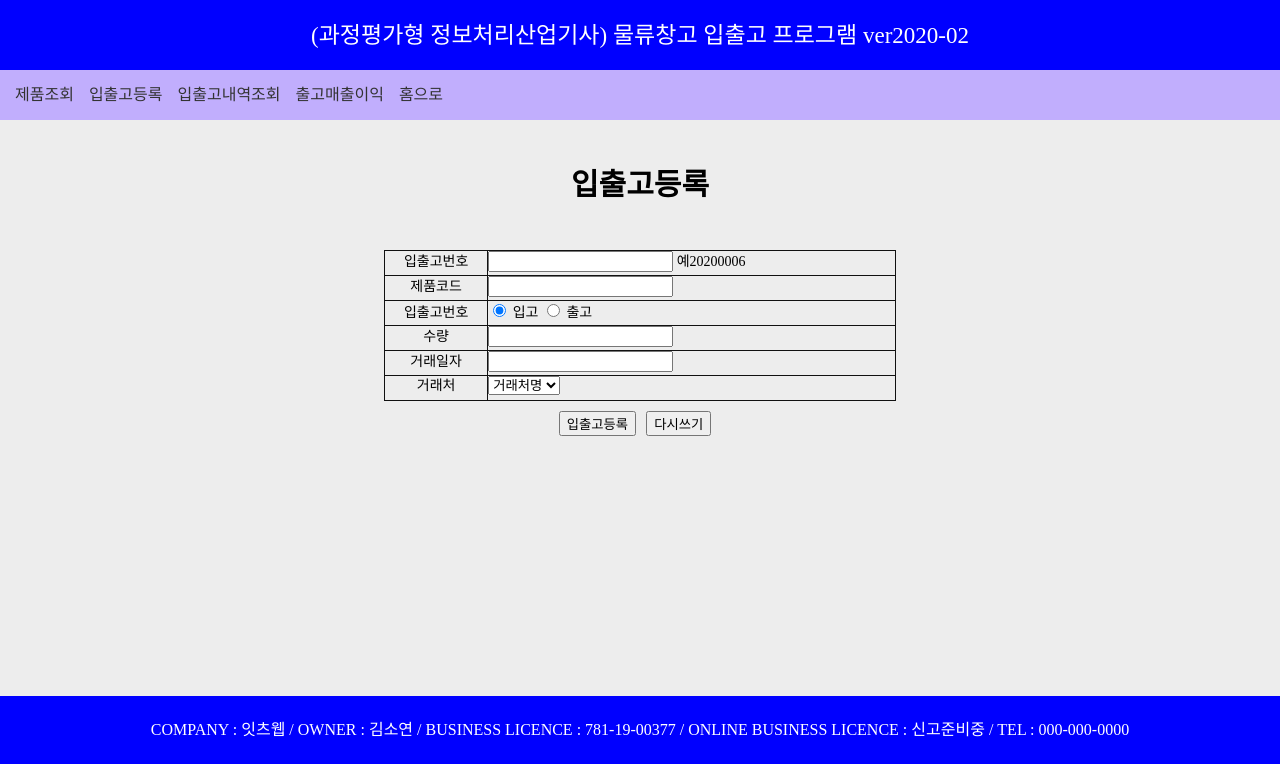
Repository: myeongwoo95/Engineer-Information-Processing
Page: http://localhost/Vaccination/insert.do
An editor plug-in stored every save of this project. The page is shown before and after the next save, followed by the edit.
The browser window is 1280 px wide. The pictures show the whole page.
The page is served by Tomcat 9. Other server files are loaded and not shown.

Above is the page before, as saved 2021-06-30 02:13:38.

### Vaccination/src/main/webapp/insert.jsp
<%@ page language="java" contentType="text/html; charset=UTF-8"
    pageEncoding="UTF-8"%>

<!DOCTYPE html>
<html>
<head>
	<meta charset="UTF-8">
    <meta http-equiv="X-UA-Compatible" content="IE=edge">
    <meta name="viewport" content="width=device-width, initial-scale=1.0">

    <link rel="stylesheet" href="css/reset.css">
	<link rel="stylesheet" href="css/common.css">
	<link rel="stylesheet" href="css/main.css">

	<title>입출고등록</title>
</head>
<body>
	<header class="index-header">
		<h1>(과정평가형 정보처리산업기사) 물류창고 입출고 프로그램 ver2020-02</h1>
		<ul class="index-ul">
			<li><a href="view.do">제품조회</a></li>
			<li><a href="insert.do">입출고등록</a></li>
			<li><a href="inputoutputlist.do">입출고내역조회</a></li>
			<li><a href="saleslist.do">출고매출이익</a></li>
			<li><a href="index.do">홈으로</a></li>
		</ul>
	</header>

	<section class="main-section insert-section">
		<h1>입출고등록</h1>
		<form name="myForm">
			<table>
				<tr>
					<th>입출고번호</th>
					<td>
						<input type="text" name="t_no" value="${maxTno }" readonly style="outline:0;">
						<span>예20200006</span>
					</td>
				</tr>

				<tr>
					<th>제품코드</th>
					<td><input type="text" name="p_code"></td>
				</tr>

				<tr>
					<th>입출고번호</th>
					<td>
						<label>
							<input type="radio" name="t_type" value="I" checked="checked">
							입고
						</label>

						<label>
							<input type="radio" name="t_type" value="O">
							출고
						</label>
					</td>
				</tr>

				<tr>
					<th>수량</th>
					<td><input type="number" name="t_cnt"></td>
				</tr>

				<tr>
					<th>거래일자</th>
					<td><input type="text" name="t_date"></td>
				</tr>

				<tr>
					<th>거래처</th>
					<td>
						<select name="c_code" class="c_code">
							<option value="">거래처명</option>
							<c:forEach var="list" items="${list }">
							<option value="${list.c_code}">${list.c_name}</option>
							</c:forEach>
						</select>
					</td>
				</tr>

			</table>

			<div class="btnlist">
				<input type="button" onclick="check()" value="입출고등록">
				<input type="button" onclick="remove()" value="다시쓰기">

			</div>

		</form>

	</section>

	<footer class="index-footer">
		COMPANY : 잇츠웹 / OWNER : 김소연 / BUSINESS LICENCE : 781-19-00377 / ONLINE BUSINESS LICENCE : 신고준비중 / TEL : 000-000-0000
	</footer>

	<script>
		function check(){

			if(myForm.t_no.value==""){
				alert("입출고번호 정보가 입력되지 않았습니다.")
				myForm.t_no.focus()
				return;
			}

			if(myForm.p_code.value==""){
				alert("제품코드 정보가 입력되지 않았습니다.")
				myForm.p_code.focus()
				return;
			}

			if(myForm.t_cnt.value==""){
				alert("수량 정보가 입력되지 않았습니다.")
				myForm.t_cnt.focus()
				return;
			}

			if(myForm.t_date.value==""){
				alert("거래일자 정보가 입력되지 않았습니다.")
				myForm.t_date.focus()
				return;
			}

			if(myForm.c_code.value==""){
				alert("거래처 정보가 입력되지 않았습니다.")
				myForm.c_code.focus()
				return;
			}

			var t_no = $("input[name='t_no']").val();
			var p_code = $("input[name='p_code']").val();
			var t_type = $("input:radio[name='t_type']:checked").val() ;
			var t_cnt = $("input[name='t_cnt']").val();
			var t_date = $("input[name='t_date']").val();
			var c_code = $("select[name='c_code']").val();

			 $.ajax({
				type:"post",
				url:"insertpro.do",
				data:{
					t_no:t_no,
					p_code:p_code,
					t_type:t_type,
					t_cnt:t_cnt,
					t_date:t_date,
					c_code:c_code
				},
				success:function(data){

					if(data=="success"){
						alert("입출고등록이 정상적으로 등록되었습니다.")
						location.href="index.do";
					}else{
						alert("입출고등록이 실패하였습니다.")
					}
				},
				error:function(xhr, status, error){
					alert(error);
				}
			});

		}

		function remove(){
			alert("정보를 지우고 처음부터 다시 입력합니다.")
			myForm.p_code.value=""
			myForm.t_cnt.value=""
			myForm.t_date.value=""
			$(".c_code").val("").prop("selected", true);
		}


	</script>
</body>
</html>

### Vaccination/src/main/java/Controller/Controller.java
package Controller;

import java.io.IOException;

import javax.servlet.RequestDispatcher;
import javax.servlet.ServletException;
import javax.servlet.annotation.WebServlet;
import javax.servlet.http.HttpServlet;
import javax.servlet.http.HttpServletRequest;
import javax.servlet.http.HttpServletResponse;

@WebServlet("*.do")
public class Controller extends HttpServlet {
	private static final long serialVersionUID = 1L;
    public Controller() {
        super();
    }

	protected void doGet(HttpServletRequest request, HttpServletResponse response) throws ServletException, IOException {
		executeDO(request, response);
	}

	protected void doPost(HttpServletRequest request, HttpServletResponse response) throws ServletException, IOException {
		executeDO(request, response);
	}

	protected void executeDO(HttpServletRequest request, HttpServletResponse response) throws ServletException, IOException {
		String url = request.getRequestURI();
		String conText = request.getContextPath();
		String doExe = url.substring(conText.length());

		String viewPage = null;

		switch(doExe) {
		case "/index.do":
			viewPage = "index.jsp";
			break;

		case "/view.do":
			viewPage = "view.jsp";
			break;

		case "/insert.do":
			viewPage = "insert.jsp";
			break;

		}


		if(viewPage != null) {
			RequestDispatcher rd = request.getRequestDispatcher(viewPage);
			rd.forward(request, response);
		}

	}

}

### Vaccination/src/main/webapp/css/reset.css
@charset "UTF-8";

/* http://meyerweb.com/eric/tools/css/reset/
   v2.0 | 20110126
   License: none (public domain)
*/

html, body, div, span, applet, object, iframe,
h1, h2, h3, h4, h5, h6, p, blockquote, pre,
a, abbr, acronym, address, big, cite, code,
del, dfn, em, img, ins, kbd, q, s, samp,
small, strike, tt, var,
b, u, i, center,
dl, dt, dd, ol, ul, li,
fieldset, form, label, legend,
table, caption, tbody, tfoot, thead, tr, th, td,
article, aside, canvas, details, embed,
figure, figcaption, footer, header, hgroup,
menu, nav, output, ruby, section, summary,
time, mark, audio, video {
    margin: 0;
    padding: 0;
    border: 0;
    font-size: 100%;
    font: inherit;
    vertical-align: baseline;
}

/* HTML5 display-role reset for older browsers */
article, aside, details, figcaption, figure,
footer, header, hgroup, menu, nav, section {
    display: block;
}
body {
    line-height: 1;
}
ol, ul {
    list-style: none;
}
blockquote, q {
    quotes: none;
}
blockquote:before, blockquote:after,
q:before, q:after {
    content: '';
    content: none;
}
table {
    border-collapse: collapse;
    border-spacing: 0;
}

### Vaccination/src/main/webapp/css/main.css
@charset "UTF-8";

body{
	font-size: 14px;
	font-weight: 400;
}

/*================================================================
# index
=================================================================*/
/* index header */
.index-header h1{
	background: blue;
	height: 70px;
	font-size: 23px;
	display: flex;
	justify-content: center;
	align-items: center;
	color: #fff;
}

.index-header ul{
	background: rgb(193,174,253);
	display: flex;
	height: 50px;
	align-items: center;
}

.index-header ul li {
	margin-left: 15px;
}

.index-header ul li a{
	text-decoration: none;
	color: #333;
	font-size: 16px;
	font-weight: 500;
}

/* index section */
.main-section{
	height: 80vh;
	background: rgb(237,237,237);
}

.index-section h2{
	font-size: 30px;
	color: #333;
	text-align: center;
	padding-top: 50px;
	margin-bottom: 50px;
	font-weight: 800;
}

.index-section p{
	font-size : 15px;
	font-weight: 500;
	margin-left: 10px;
	margin-bottom: 20px;
}

/* index footer */
.index-footer{
	height: 68px;
	background: blue;
	display: flex;
	justify-content: center;
	align-items: center;
	color: white;
	font-size: 16px;
	font-weight: 500;
}

/*================================================================
# view
=================================================================*/
.view-section h1{
	text-align: center;
	font-size: 30px;
	font-weight: 800;
	padding-top: 50px;
	margin-bottom: 50px;
}

.view-section table{
	border: 1px solid #111;
	width: 40%;
	margin: 0 auto;
	padding-top: 50px;
}

.view-section table th{
	text-align: center;
	height: 25px;
	border: 1px solid #111;
	vertical-align: center;
}

.view-section table td{
	text-align: center;
	height: 25px;
	border: 1px solid #111;
	vertical-align: center;
}

/*================================================================
# insert
=================================================================*/
.insert-section h1{
	text-align: center;
	font-size: 30px;
	font-weight: 800;
	padding-top: 50px;
	margin-bottom: 50px;
}

.insert-section table{
	border: 1px solid #111;
	width: 40%;
	margin: 0 auto;
	padding-top: 50px;
}

.insert-section table th{
	text-align: center;
	height: 25px;
	border: 1px solid #111;
	vertical-align: center;
}

.insert-section table td{
	text-align: left;
	height: 25px;
	border: 1px solid #111;
	vertical-align: center;
}

.insert-section .btnlist{
	margin-top:10px;
	display: flex;
	justify-content: center;
}

.insert-section .btnlist input{
	margin-right: 10px;
}

/*================================================================
# inputoutputlist
=================================================================*/
.inputoutputlist-section h1{
	text-align: center;
	font-size: 30px;
	font-weight: 800;
	padding-top: 50px;
	margin-bottom: 50px;
}

.inputoutputlist-section table{
	border: 1px solid #111;
	width: 40%;
	margin: 0 auto;
	padding-top: 50px;
}

.inputoutputlist-section table th{
	text-align: center;
	height: 25px;
	border: 1px solid #111;
	vertical-align: center;
}

.inputoutputlist-section table td{
	text-align: center;
	height: 25px;
	border: 1px solid #111;
	vertical-align: center;
}

/*================================================================
# saleslist
=================================================================*/

.saleslist-section h1{
	text-align: center;
	font-size: 30px;
	font-weight: 800;
	padding-top: 50px;
	margin-bottom: 50px;
}

.saleslist-section table{
	border: 1px solid #111;
	width: 40%;
	margin: 0 auto;
	padding-top: 50px;
}

.saleslist-section table th{
	text-align: center;
	height: 25px;
	border: 1px solid #111;
	vertical-align: center;
}

.saleslist-section table th:last-child{
	text-align: right;
}

.saleslist-section table td{
	text-align: center;
	height: 25px;
	border: 1px solid #111;
	vertical-align: center;
}

.saleslist-section table td:last-child{
	text-align: right;
}

### Vaccination/src/main/webapp/header.jsp
<%@ page language="java" contentType="text/html; charset=UTF-8"
    pageEncoding="UTF-8"%>
<%@ taglib uri="http://java.sun.com/jsp/jstl/core" prefix="c"%>
<%@ taglib uri="http://java.sun.com/jsp/jstl/fmt" prefix="fmt"%>
<%@ taglib uri="http://java.sun.com/jsp/jstl/functions" prefix="fn"%>

<header class="index-header">
	<h1>(과정평가형 정보처리산업기사) 물류창고 입출고 프로그램 ver2020-02</h1>
	<ul class="index-ul">
		<li><a href="view.do">고객조회</a></li>
		<li><a href="insert.do">예방접종등록</a></li>
		<li><a href="inputoutputlist.do">접종이력조회</a></li>
		<li><a href="saleslist.do">백신별접종건수</a></li>
		<li><a href="index.do">홈으로</a></li>
	</ul>
</header>

### Vaccination/src/main/webapp/footer.jsp
<%@ page language="java" contentType="text/html; charset=UTF-8"
    pageEncoding="UTF-8"%>

<footer class="index-footer">
	COMPANY : 잇츠웹 / OWNER : 김소연 / BUSINESS LICENCE : 781-19-00377 / ONLINE BUSINESS LICENCE : 신고준비중 / TEL : 000-000-0000
</footer>

Loaded but not shown: Vaccination/src/main/webapp/css/common.css (433 lines, source omitted)

After the next save:
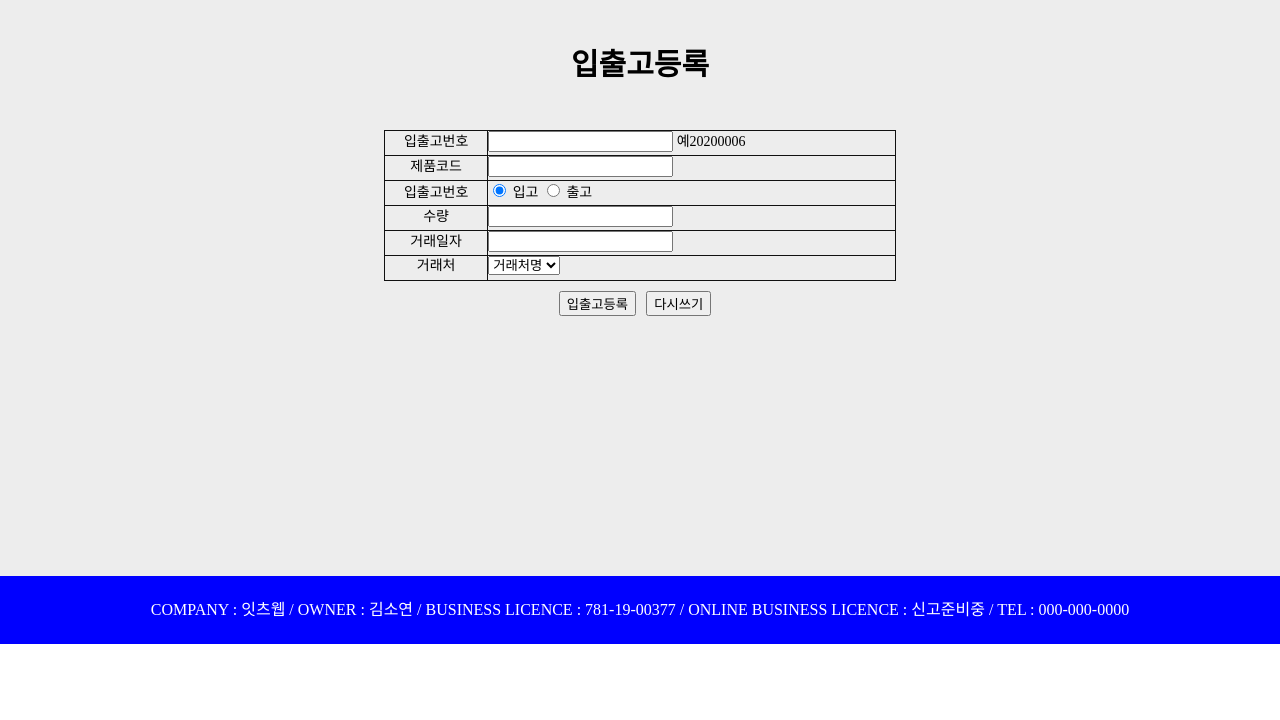
Saved 40 s later.
--- a/Vaccination/src/main/webapp/insert.jsp
+++ b/Vaccination/src/main/webapp/insert.jsp
@@ -12,19 +12,10 @@
 	<link rel="stylesheet" href="css/common.css">
 	<link rel="stylesheet" href="css/main.css">
 
-	<title>입출고등록</title>
+	<title>예방접종등록</title>
 </head>
 <body>
-	<header class="index-header">
-		<h1>(과정평가형 정보처리산업기사) 물류창고 입출고 프로그램 ver2020-02</h1>
-		<ul class="index-ul">
-			<li><a href="view.do">제품조회</a></li>
-			<li><a href="insert.do">입출고등록</a></li>
-			<li><a href="inputoutputlist.do">입출고내역조회</a></li>
-			<li><a href="saleslist.do">출고매출이익</a></li>
-			<li><a href="index.do">홈으로</a></li>
-		</ul>
-	</header>
+
 
 	<section class="main-section insert-section">
 		<h1>입출고등록</h1>

After the save that followed:
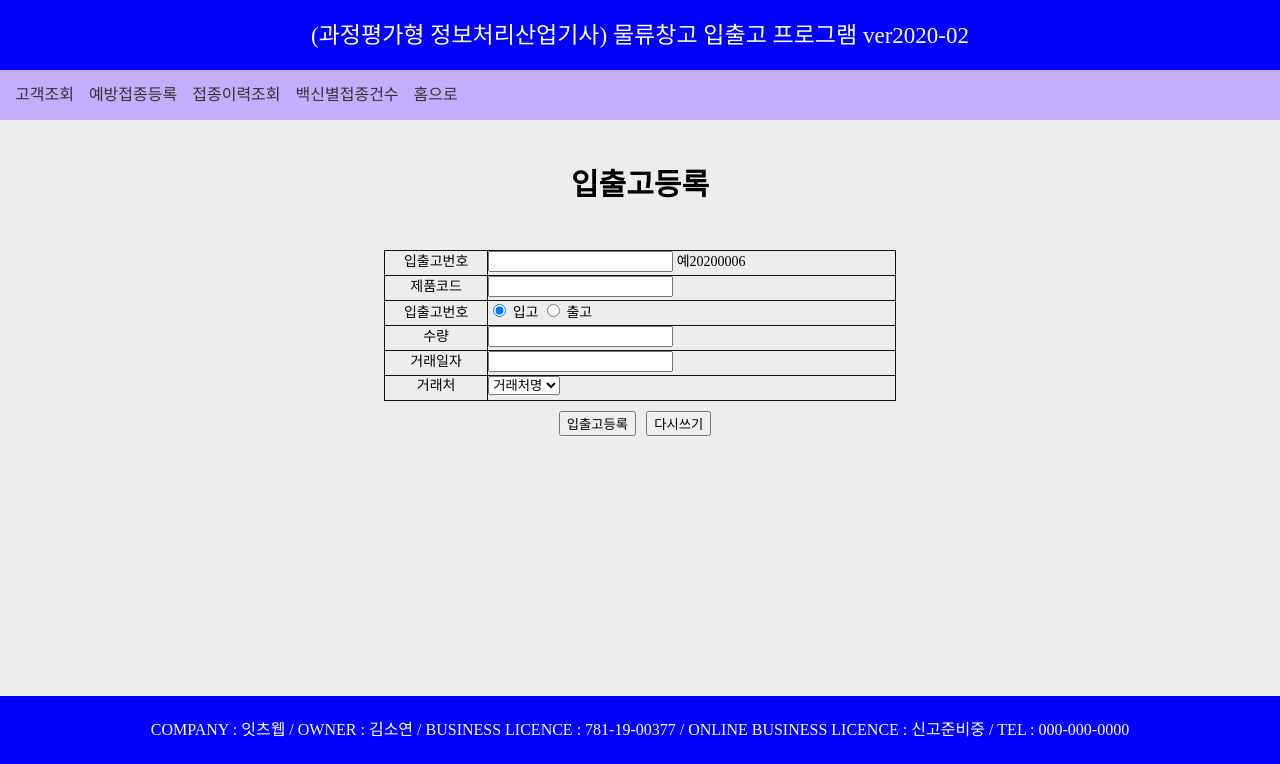
Saved 19 s later.
--- a/Vaccination/src/main/webapp/insert.jsp
+++ b/Vaccination/src/main/webapp/insert.jsp
@@ -15,7 +15,7 @@
 	<title>예방접종등록</title>
 </head>
 <body>
-
+	<%@include file="header.jsp"%>
 
 	<section class="main-section insert-section">
 		<h1>입출고등록</h1>
@@ -83,86 +83,6 @@
 
 	</section>
 
-	<footer class="index-footer">
-		COMPANY : 잇츠웹 / OWNER : 김소연 / BUSINESS LICENCE : 781-19-00377 / ONLINE BUSINESS LICENCE : 신고준비중 / TEL : 000-000-0000
-	</footer>
-
-	<script>
-		function check(){
-
-			if(myForm.t_no.value==""){
-				alert("입출고번호 정보가 입력되지 않았습니다.")
-				myForm.t_no.focus()
-				return;
-			}
-
-			if(myForm.p_code.value==""){
-				alert("제품코드 정보가 입력되지 않았습니다.")
-				myForm.p_code.focus()
-				return;
-			}
-
-			if(myForm.t_cnt.value==""){
-				alert("수량 정보가 입력되지 않았습니다.")
-				myForm.t_cnt.focus()
-				return;
-			}
-
-			if(myForm.t_date.value==""){
-				alert("거래일자 정보가 입력되지 않았습니다.")
-				myForm.t_date.focus()
-				return;
-			}
-
-			if(myForm.c_code.value==""){
-				alert("거래처 정보가 입력되지 않았습니다.")
-				myForm.c_code.focus()
-				return;
-			}
-
-			var t_no = $("input[name='t_no']").val();
-			var p_code = $("input[name='p_code']").val();
-			var t_type = $("input:radio[name='t_type']:checked").val() ;
-			var t_cnt = $("input[name='t_cnt']").val();
-			var t_date = $("input[name='t_date']").val();
-			var c_code = $("select[name='c_code']").val();
-
-			 $.ajax({
-				type:"post",
-				url:"insertpro.do",
-				data:{
-					t_no:t_no,
-					p_code:p_code,
-					t_type:t_type,
-					t_cnt:t_cnt,
-					t_date:t_date,
-					c_code:c_code
-				},
-				success:function(data){
-
-					if(data=="success"){
-						alert("입출고등록이 정상적으로 등록되었습니다.")
-						location.href="index.do";
-					}else{
-						alert("입출고등록이 실패하였습니다.")
-					}
-				},
-				error:function(xhr, status, error){
-					alert(error);
-				}
-			});
-
-		}
-
-		function remove(){
-			alert("정보를 지우고 처음부터 다시 입력합니다.")
-			myForm.p_code.value=""
-			myForm.t_cnt.value=""
-			myForm.t_date.value=""
-			$(".c_code").val("").prop("selected", true);
-		}
-
-
-	</script>
+	<%@include file="footer.jsp"%>
 </body>
 </html>
